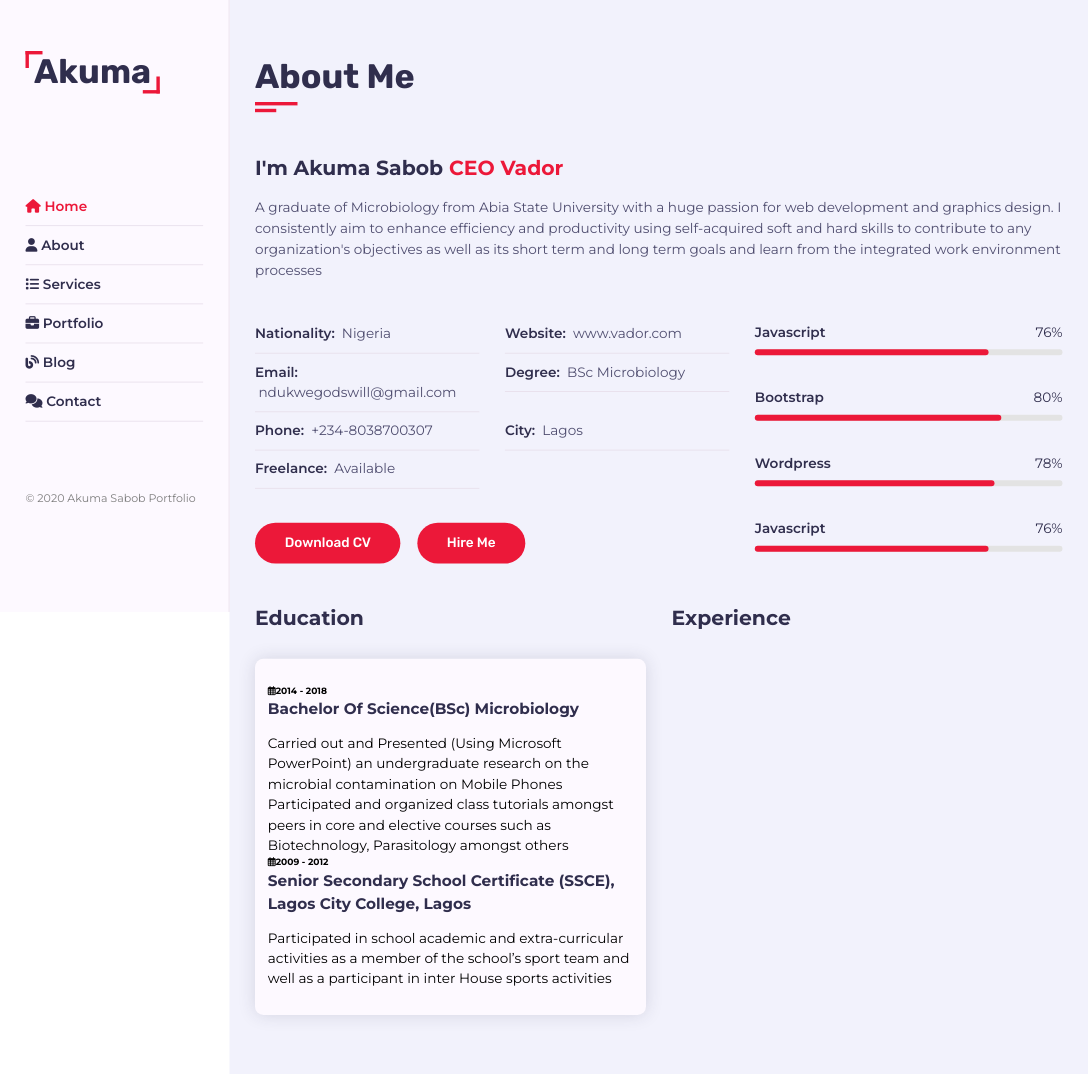
Repository: Akuma001/MY-Portfolio
Page: index.html
These files come from the project's save history. The page is drawn as it stood at one moment and after the next save; the edit follows.
The browser window is 1280 px wide. The pictures show the whole page, at 85% of full size.
Some web libraries are served in a nearby version.

Above is the page before, as saved 2020-12-13 23:13:47.

### index.html
<!DOCTYPE html>
<html lang="en">
<head>
  <title>Akuma Sabob</title>
  <meta charset="utf-8">
  <meta name="viewport" content="width=device-width, initial-scale=1">
   <!-- Template css Files -->
	<link rel="stylesheet" href="./css/style.css" type="text/css">
  <link rel="stylesheet" href="./css/skins/pink.css" type="text/css">
  <!-------Favcon icon-------->
  <link href="./images/favicon.ico" rel="icon" type="image/x-icon" />
  <!------------Font-Awesome---------------->
  <script src="https://kit.fontawesome.com/bd6f97032f.js" crossorigin="anonymous"></script>
</head>
<body>
<!-----------Main------------->
<div class="main-container">
<!-----------Side------------->
  <div class="aside">
    <div class="logo">
      <a href="#">Akuma</a>
    </div>

     <!----------Nav toggler---------->
     <div class="nav-toggler">
       <span></span>
     </div>
     <!----------Nav toggler---------->

    <!----------Nav Bar---------->
    <ul class="nav">
      <li><a href="#" class="active"><i class="fa fa-home"></i> Home</a></li>
      <li><a href="#"><i class="fa fa-user"></i> About</a></li>
      <li><a href="#"><i class="fa fa-list"></i> Services</a></li>
      <li><a href="#"><i class="fa fa-briefcase"></i> Portfolio</a></li>
      <li><a href="#"><i class="fas fa-blog"></i> Blog</a></li>
      <li><a href="#"><i class="fa fa-comments"></i> Contact</a></li>
    </ul>
    <div class="copyright-text">
      &copy; 2020 Akuma Sabob Portfolio
    </div>

  </div>
<!-----------Side End------------->

<!-----------Main content------------->
  <div class="main-content">

    <section class="home section hidden">
      <div class="container">
        <div class="intro">
          <img src="./images/profile.jpg" alt="Profile" class="shadow-dark">
          <h1>Akuma Sabob</h1>
          <p>I'm a web-developer <br> I'm graphics designer</p>
          <div class="social-link">
            <a href="#"><i class="fa fa-twitter"></i></a>
            <a href="#"><i class="fa fa-instagram"></i></a>
            <a href="#"><i class="fa fa-linkedin"></i></a>
            <a href="#"><i class="fas fa-code-branch"></i></a>
          </div>
        </div>
      </div>
    </section>

    <!-----------About------------->

      <section class="about section">
        <div class="container">
          <div class="row">
            <div class="section-title padd-15">
              <h2>About Me</h2>
            </div>
          </div>
          <div class="row">
            <div class="about-content padd-15">
              <div class="row">
                <div class="about-text padd-15">
                  <h3>I'm Akuma Sabob <span> CEO Vador </span></h3>
                  <p>A graduate of Microbiology from Abia State University with a huge
                    passion for web development and graphics design. I consistently aim
                    to enhance efficiency and productivity using self-acquired soft and
                    hard skills to contribute to any organization's objectives as well as its
                    short term and long term goals and learn from the integrated work
                    environment processes</p>
                </div>
              </div>
              <div class="row">
                <div class="personal-info padd-15">
                  <div class="row">
                    <div class="info-item padd-15">
                      <p>Nationality: <span>Nigeria</span></p>
                    </div>
                    <div class="info-item padd-15">
                      <p>Website: <span>www.vador.com</span></p>
                    </div>
                    <div class="info-item padd-15">
                      <p>Email: <span>ndukwegodswill@gmail.com</span></p>
                    </div>
                    <div class="info-item padd-15">
                      <p>Degree: <span>BSc Microbiology</span></p>
                    </div>
                    <div class="info-item padd-15">
                      <p>Phone: <span>+234-8038700307</span></p>
                    </div>
                    <div class="info-item padd-15">
                      <p>City: <span>Lagos</span></p>
                    </div>
                    <div class="info-item padd-15">
                      <p>Freelance: <span>Available</span></p>
                    </div>
                  </div>
                  <div class="row">
                    <div class="buttons padd-15">
                      <a href="#" class="btn">Download CV</a>
                      <a href="#" class="btn">Hire Me</a>
                    </div>
                  </div>
                </div>
                <div class="skills padd-15">
                  <div class="row">
                    <div class="skill-item padd-15">
                      <h5>Javascript</h5>
                      <div class="progress">
                        <div class="progress-in" style="width: 76%;"></div>
                        <div class="skill-percent">76%</div>
                      </div>
                    </div>
                    <div class="skill-item padd-15">
                      <h5>Bootstrap</h5>
                      <div class="progress">
                        <div class="progress-in" style="width: 80%;"></div>
                        <div class="skill-percent">80%</div>
                      </div>
                    </div>
                    <div class="skill-item padd-15">
                      <h5>Wordpress</h5>
                      <div class="progress">
                        <div class="progress-in" style="width: 78%;"></div>
                        <div class="skill-percent">78%</div>
                      </div>
                    </div>
                    <div class="skill-item padd-15">
                      <h5>Javascript</h5>
                      <div class="progress">
                        <div class="progress-in" style="width: 76%;"></div>
                        <div class="skill-percent">76%</div>
                      </div>
                    </div>
                  </div>
                </div>
              </div>

              <div class="row">
                <div class="education padd-15">
                  <h3 class="title">Education</h3>
                  <div class="row">
                    <div class="timeline-box padd-15">
                    <div class="timeline shadow-dark">
                      <!-----------Timeline item------------->
                      <div class="timeline-item">
                        <div class="circle-dot"></div>
                          <h6 class="timeline-date">
                            <i class="far fa-calendar-alt"></i>2014 - 2018
                          </h6>
                          <h4 class="timeline-title">Bachelor of Science(BSc) Microbiology</h4>
                          <p class="timeline-text">
                            Carried out and Presented (Using Microsoft PowerPoint) an undergraduate research on
                            the microbial contamination on Mobile Phones <br>Participated and organized class tutorials
                            amongst peers in core and elective courses such as Biotechnology, Parasitology amongst others
                          </p>
                        </div>
                         <!-----------Timeline item End------------->
                         <!-----------Timeline item------------->
                      <div class="timeline-item">
                        <div class="circle-dot"></div>
                          <h6 class="timeline-date">
                            <i class="far fa-calendar-alt"></i>2009 - 2012
                          </h6>
                          <h4 class="timeline-title">Senior Secondary School Certificate (SSCE), Lagos City College, Lagos</h4>
                          <p class="timeline-text">
                            Participated in school academic and extra-curricular activities as a member of the school’s
                            sport team and well as a participant in inter House sports activities
                          </p>
                        </div>
                         <!-----------Timeline item End------------->
                      </div>
                    </div>
                  </div>
                </div>
                <div class="experience padd-15">
                    <h3 class="title">Experience</h3>
                </div>
              </div>

            </div>
          </div>
        </div>
      </section>

    <!-----------About End------------->
  </div>
<!-----------Main content End------------->
</div>
<!-----------Main------------->
</body>
</html>

### css/style.css

 /*Font Awesome Free Icon*/
 @import url("https://stackpath.bootstrapcdn.com/font-awesome/4.7.0/css/font-awesome.min.css");
 /*Google fonts*/
 @import url('https://fonts.googleapis.com/css?family=Montserrat:400,500,600,700&display=swap');
 @import url('https://fonts.googleapis.com/css?family=Rubik:500,700,900&display=swap');


body{
    margin: 0;
    line-height: 1.5;
    font-size: 16px;
    font-family: 'Montserrat', sans-serif;
    font-weight: 400;
}
*{
    margin: 0;
    padding: 0;
    outline: none;
    text-decoration: none;
    box-sizing: border-box;
}
::before, ::after{
    box-sizing: border-box;
}

.section{
    background-color: #f2f2fc;
    min-height: 100vh;
    display: block;
    padding: 0 30px;
}
.section .container{
    padding-top: 60px;
    padding-bottom: 70px;
}
.section-title{
    -ms-flex: 0 0 100%;
    flex: 0 0 100%;
    max-width: 100%;
    margin-bottom: 60px;
}
.section-title h2{
    font-size: 40px;
    color: #302e4d;
    font-family: 'Rubik', sans-serif;
    font-weight: 700;
    margin: 0;
    position: relative;
}
.section-title h2::before{
    content: '';
    height: 4px;
    width: 50px;
    position: absolute;
    top: 100%;
    left: 0;
}
.section-title h2::after{
    content: '';
    height: 4px;
    width: 25px;
    position: absolute;
    top: 100%;
    left: 0;
    margin-top: 8px;
}
.row{
    display: -ms-flexbox;
    display: flex;
    -ms-flex-wrap: wrap;
    flex-wrap: wrap;
    margin-right: -15px;
    margin-left: -15px;
    position: relative;
}
.padd-15{
    padding-left: 15px;
    padding-right: 15px;
}
.main-content{
    padding-left: 270px;
}

.container{
    max-width: 1100px;
    width: 100%;
    margin: auto;
}
.shadow-dark{
    -webkit-box-shadow: 0 0 20px rgba(48, 46, 77, 0.15);
    box-shadow: 0 0 20px rgba(48, 46, 77, 0.15);
}
.btn{
    font-size: 16px;
    font-family: 'Rubik', sans-serif;
    font-weight: 500;
    padding: 12px 35px;
    color: #ffffff;
    border-radius: 40px;
    -webkit-transition: all 0.3s ease;
    transition: all 0.3s ease;
    display: inline-block;
    white-space: nowrap;
}
.btn:hover{
    -webkit-transform: scale(1.05);
    transform: scale(1.05);
}
.hidden{
    display: none !important;
}

 /*    aside  */
 .aside{
     width: 270px;
     background-color: #fdf9ff;
     position: fixed;
     height: 100%;
     left: 0;
     top: 0;
     z-index: 10;
     border-right: 1px solid #e8dfec;
     padding: 30px;
 }


 .aside .logo{
    padding: 30px 0;
 }
 .aside .logo a{
     font-size: 40px;
     color: #302e4d;
     font-family: 'Rubik', sans-serif;
     font-weight: 700;
     text-decoration: none;
     display: inline-block;
     position: relative;
     padding: 0 10px;
     line-height: 50px;
 }
 .aside .logo a::before{
     content: '';
     height: 20px;
     width: 20px;
     position: absolute;
     top: 0;
     left: 0;
 }
 .aside .logo a::after{
    content: '';
    height: 20px;
    width: 20px;
    position: absolute;
    bottom: 0;
    right: 0;
 }
 .aside .nav-toggler{
     height: 40px;
     width: 45px;
     border: 1px solid #d4d4e3;
     cursor: pointer;
     position: fixed;
     left: 300px;
     top: 30px;
     z-index: 11;
     border-radius: 5px;
     background-color: #fdf9ff;
     /*
     display: -ms-flexbox;
     display: flex;
     */
     display: none;
     -ms-flex-align: center;
     align-items: center;
     -ms-flex-pack: center;
     justify-content: center;
 }
 .aside .nav-toggler span{
    height: 2px;
    width: 18px;
    display: inline-block;
    position: relative;
 }
 .aside .nav-toggler span::before{
     content: '';
     height: 2px;
     width: 18px;
     position: absolute;
     top: -6px;
     left: 0;
 }
 .aside .nav-toggler span::after{
    content: '';
    height: 2px;
    width: 18px;
    position: absolute;
    top: 6px;
    left: 0;
}
 .aside .nav{
    list-style: none;
     margin: 80px 0;
     padding: 0;
 }
 .aside .nav li{
     display: block;
 }
 .aside .nav li a{
     font-size: 16px;
     font-weight: 600;
     color: #302e4d;
     text-decoration: none;
     line-height: 45px;
     display: block;
     border-bottom: 1px solid #e8dfec;
     -webkit-transition: all 0.3s ease;
     transition: all 0.3s ease;
     text-transform: capitalize;
 }
 .aside .nav li a:not(.active):hover{
     padding-left: 5px;
 }
 .aside .nav li a fa{
     margin-right: 5px;
 }
 .aside .copyright-text{
    font-size: 13px;
    color: #7d7d7d;
 }

 /*    Home      */

 .home{
     min-height: 100vh;
     display: -ms-flexbox;
     display: flex;
 }

 .home .intro{
     text-align: center;
 }

 .home .intro img{
     height: 200px;
     width: 200px;
     border-radius: 50%;
     display: inline-block;
     border: 8px solid #ffffff;
 }

 .home .intro h1{
     font-size: 30px;
     color: #302e4d;
     font-family: 'Rubik', sans-serif;
     font-weight: 700;
     margin: 20px 0 5px;
 }
 .home .intro p{
     font-size: 16px;
     font-weight: 500;
     margin: 0%;
     line-height: 22px;
     color: #504e70;
 }

 .home .intro .social-link{
     margin-top: 25px;
 }

 .home .intro .social-link a{
     height: 35px;
     width: 35px;
     display: inline-block;
     text-align: center;
     line-height: 35px;
     color: #ffffff;
     margin: 0 4px;
     border-radius: 50%;
     text-decoration: none;
     -webkit-transition: all 0.3s ease;
     transition: all 0.3s ease;
 }

 .home .intro .social-link a:hover{
    -webkit-transform: scale(1.1);
    transform: scale(1.1);
 }


 /*      About Section     */

.about .about-content{
    -ms-flex: 0 0 100%;
    flex: 0 0 100%;
    max-width: 100%;
}
.about .about-content .about-text{
    -ms-flex: 0 0 100%;
    flex: 0 0 100%;
    max-width: 100%;
}
.about .about-content .about-text h3{
    font-size: 24px;
    margin-bottom: 15px;
    font-weight: 700;
    color: #302e4d;
}
.about .about-content .about-text p{
    font-size: 16px;
    line-height: 25px;
    color: #504e70;
    margin: 0;
}

.about .about-content .personal-info{
    /* background-color: red; */
    -ms-flex: 0 0 60%;
    flex: 0 0 60%;
    max-width: 60%;
    margin-top: 40px;
}
.about .about-content .personal-info .info-item{
    -ms-flex: 0 0 50%;
    flex: 0 0 50%;
    max-width: 50%;
}
.about .about-content .personal-info .info-item p{
    font-weight: 600;
    padding: 10px 0;
    font-size: 16px;
    color: #302e4d;
    margin: 0;
    border-bottom: 1px solid #e8dfec;

}
.about .about-content .personal-info .info-item p span{
    font-weight: 400;
    color: #504e70;
    margin-left: 4px;
    display: inline-block;
}
.about .about-content .personal-info .buttons{
    margin-top: 30px;
}
.about .about-content .personal-info .buttons .btn{
    margin-right: 15px;
    margin-top: 10px;
}
.about .about-content .skills{
    /* background-color: blue; */
    -ms-flex: 0 0 40%;
    flex: 0 0 40%;
    max-width: 40%;
    margin-top: 40px;
}

.about .about-content .skills .skill-item{
    -ms-flex: 0 0 100%;
    flex: 0 0 100%;
    max-width: 100%;
}

.about .about-content .skills .skill-item h5{
    line-height: 40px;
    font-weight: 600;
    font-size: 16px;
    color: #302e4d;
    text-transform: capitalize;
    margin: 0;
}
.about .about-content .skills .skill-item .progress{
    background-color: #e3e3e3;
    height: 7px;
    border-radius: 4px;
    width: 100%;
    position: relative;
}
.about .about-content .skills .skill-item{
    margin-bottom: 30px;
}
.about .about-content .skills .skill-item .progress .progress-in{
    position: absolute;
    left: 0;
    top: 0;
    height: 100%;
    border-radius: 4px;
}
.about .about-content .skills .skill-item .skill-percent{
    /* display: none; */
    line-height: 40px;
    position: absolute;
    right: 0;
    color: #302e4d;
    top: -40px;
    font-weight: 400;
}

.about .about-content .education{
    -ms-flex: 0 0 50%;
    flex: 0 0 50%;
    max-width: 50%;
    margin-top: 30px;
}
.about .about-content .experience{
    -ms-flex: 0 0 50%;
    flex: 0 0 50%;
    max-width: 50%;
    margin-top: 30px;
}

.about .about-content h3.title{
    font-size: 24px;
    margin-bottom: 30px;
    font-weight: 700;
    color: #302e4d;
}

.about .about-content .timeline-box{
    -ms-flex: 0 0 100%;
    flex: 0 0 100%;
    max-width: 100%;
}
.about .about-content .timeline{
    background-color: #fdf9ff;
    padding: 30px 15px;
    border: ipx solid #d4d4e3;
    border-radius: 10px;
    width: 100%;
}

.about .about-content .timeline .circle-dot{}
.about .about-content .timeline .timeline-date{

}
.about .about-content .timeline .timeline-title{
    font-weight: 700;
    font-size: 18px;
    margin-bottom: 15px;
    text-transform: capitalize;
    color: #302e4d;
}
.about .about-content .timeline .timeline-text{}

### css/skins/pink.css
.aside .logo a::before{
    border-top: 4px solid #ec1839;
    border-left: 4px solid #ec1839;
}

.aside .logo a::after{
    border-right: 4px solid #ec1839;
    border-bottom: 4px solid #ec1839;
}

.about .about-content .about-text h3 span,
.aside .nav li a:hover,
.aside .nav li a.active{
    color: #ec1839;
}

.about .about-content .skills .skill-item .progress .progress-in,
.btn,
.section-title h2::after,
.section-title h2::before,
.aside .nav-toggler span,
.aside .nav-toggler span::before,
.aside .nav-toggler span::after,
.home .intro .social-link a{
    background-color: #ec1839;
}

After the next save:
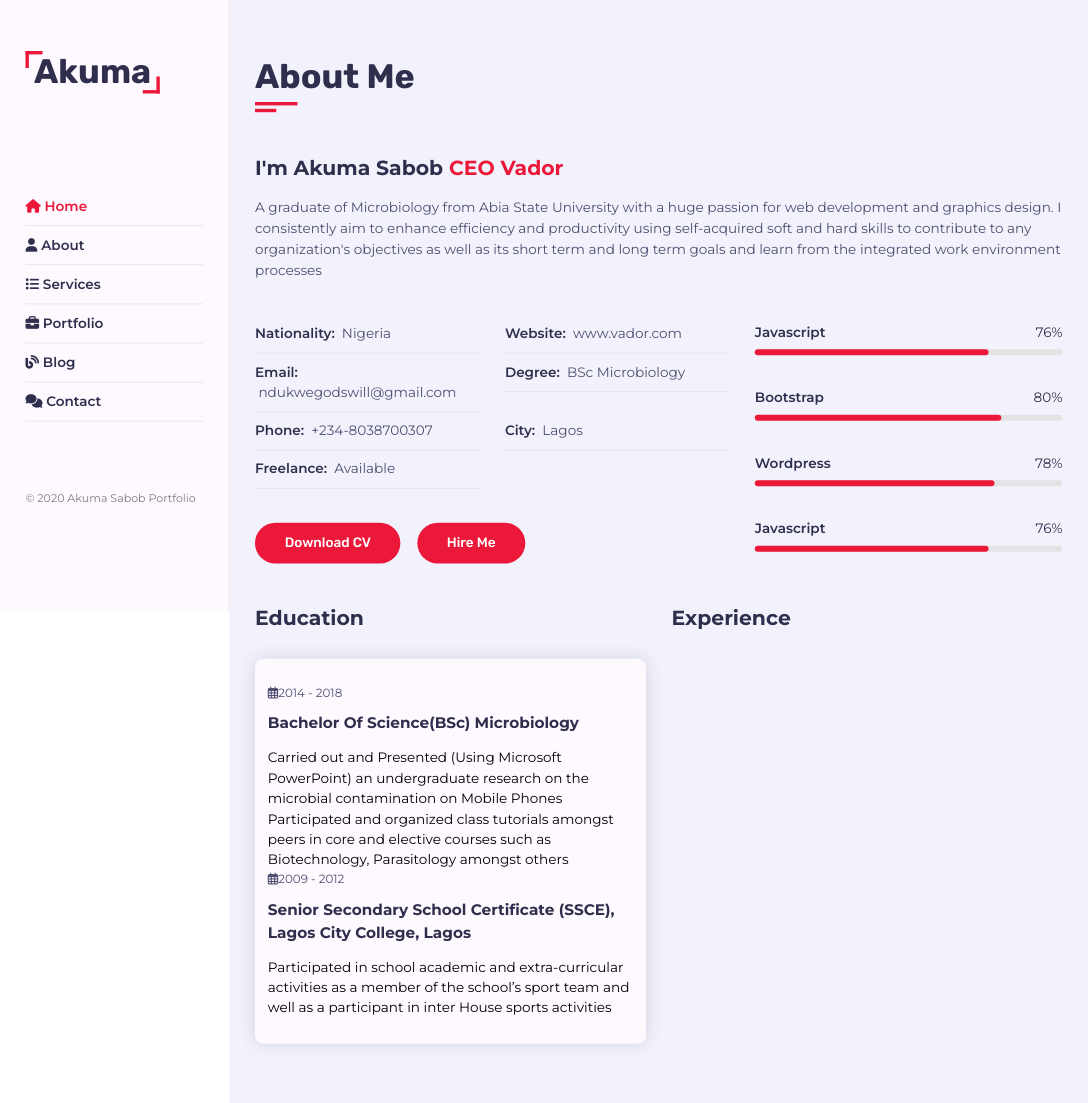
Saved 9 min 12 s later.
--- a/css/style.css
+++ b/css/style.css
@@ -431,7 +431,10 @@ body{
 
 .about .about-content .timeline .circle-dot{}
 .about .about-content .timeline .timeline-date{
-
+   font-size: 14px;
+   font-weight: 400;
+   margin-bottom: 12px;
+   color: #504e70;
 }
 .about .about-content .timeline .timeline-title{
     font-weight: 700;
